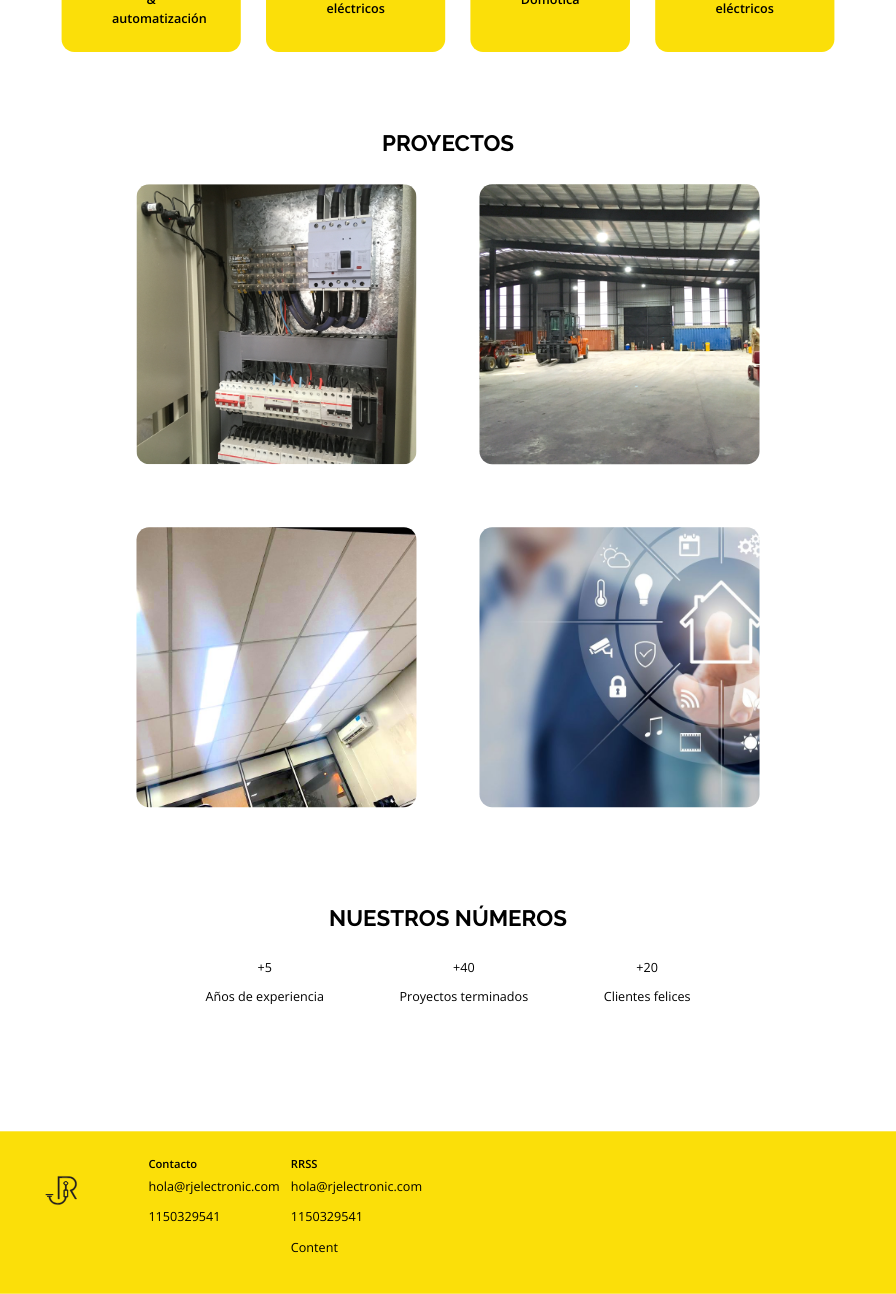
Repository: jeraldinnemg/rjelectronics
Page: index.html
An editor plug-in stored every save of this project. The page is shown before and after the next save, followed by the edit.
The browser window is 1280 px wide. The pictures show the part of the page from y = 963 to 2883 px (the page is 2811 px tall before and 2883 px after), at 70% of full size.
Some web libraries are served in a nearby version.

Above is the page before, as saved 2022-07-27 21:38:28.

After the next save:
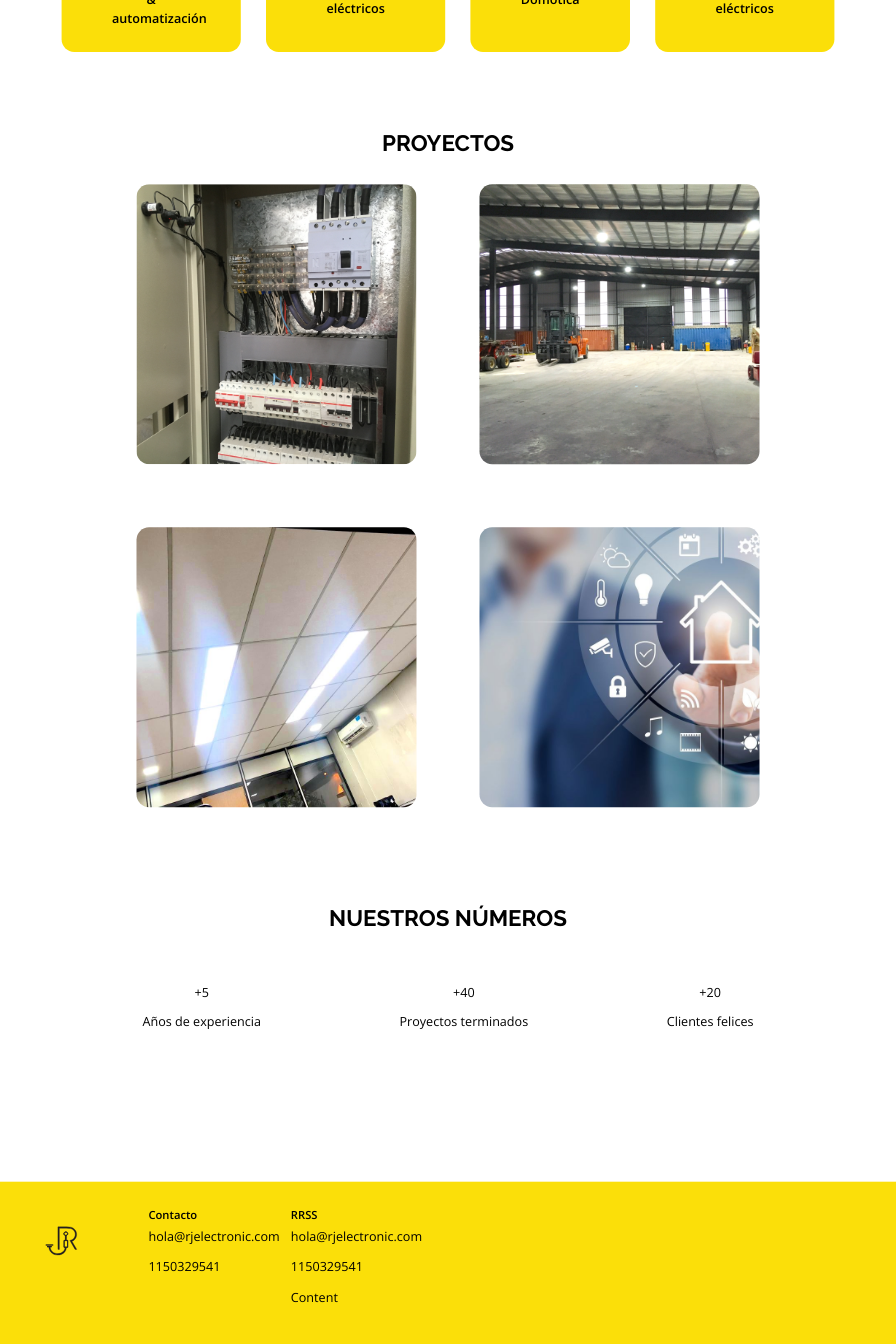
Saved 10 s later.
--- a/index.css
+++ b/index.css
@@ -427,12 +427,13 @@ i:hover{
 /* -------STATICS --------- */
 /* -------------------------*/
 .statics .container{
+    gap:3em;
     justify-content: space-between;
 }
 
 .static{
-    padding: 1em 2em;
-    margin: 1em 0em;
+    padding: 2em 4em;
+    margin: 2em 0em;
     flex-direction: column;
 }
 
